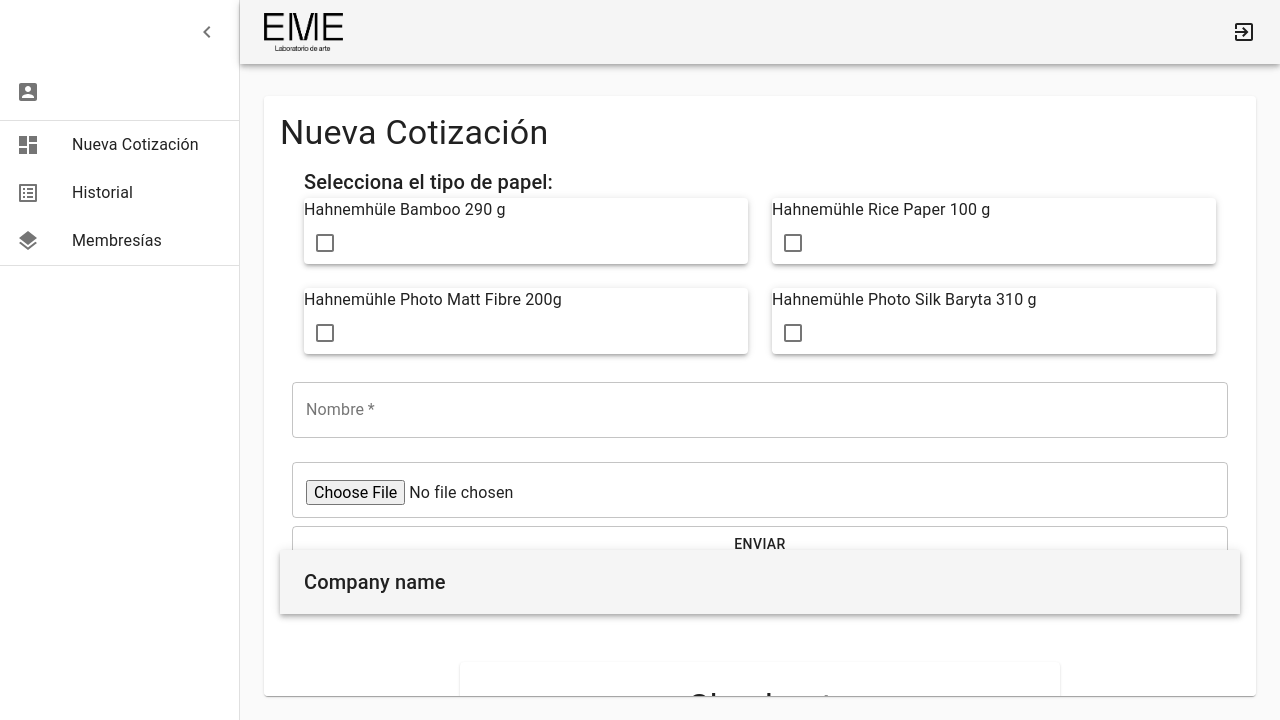
Repository: BrendaCarranco/eme-lab
Page: /Trabajo
These files come from the project's save history. The page is drawn as it stood at one moment and after a run of saves; the edit follows.
The browser window is 1280 px wide. The pictures show the whole page.
An inner scrolling area shows only its first screen. Some web libraries are served in a nearby version. The project was rebuilt for these pictures with package versions that can differ from the ones it lists, and the page was loaded fresh each time. Also part of the build but not shown: src/components/buildingPage/Building.js, src/temaConfig.js, src/components/buildingPage/Landing.js, src/components/login/Reset.js, src/components/Dashboard/Historial.js, src/components/Dashboard/Membresias.js, src/components/Dashboard/SizeForm.js, src/components/Dashboard/Review.js and 6 more.

Above is the page before, as saved 2020-08-30 19:48:46.

After the next 2 saves:
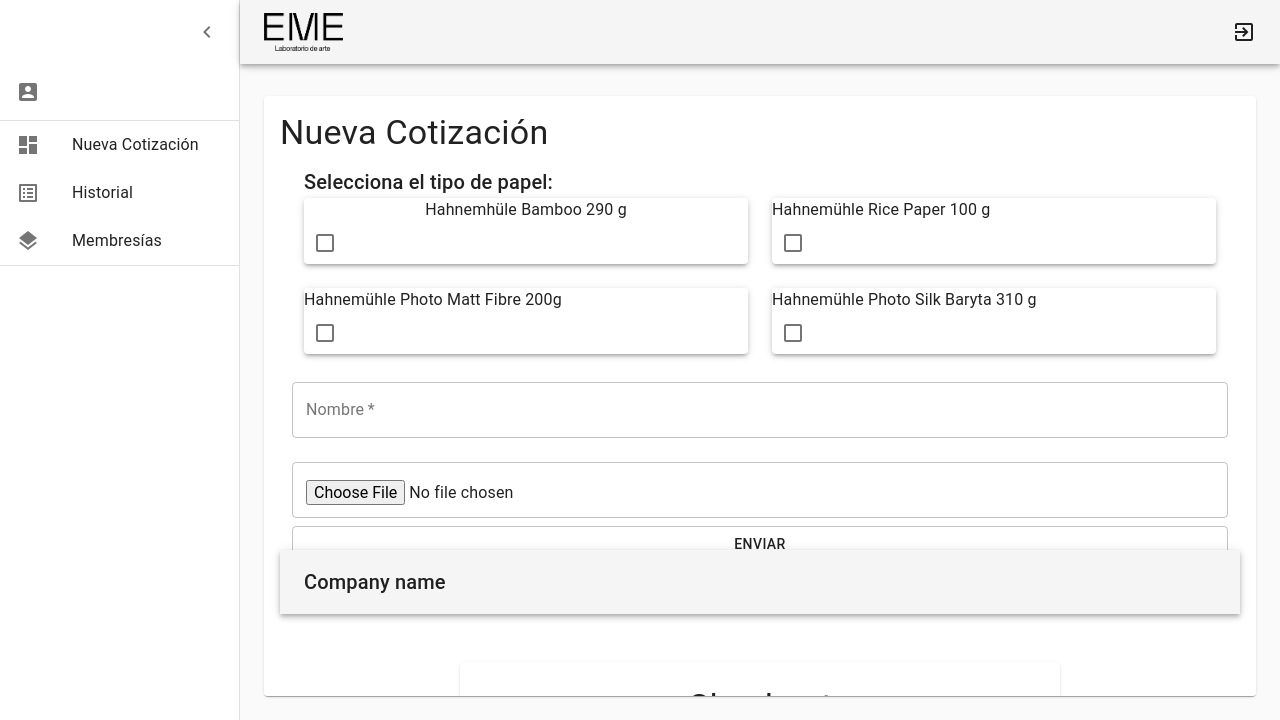
The 2 saves are shown as one change because 1 did not build or start.
The last was saved 84 s later.
--- a/src/components/Dashboard/Cotizacion.js
+++ b/src/components/Dashboard/Cotizacion.js
@@ -103,7 +103,7 @@ const Cotizacion = ({ firebaseUser, setUsersFiles, usersFiles }) => {
         <Grid container spacing={3}>
           <Grid item xs={12} sm={6}>
           <Paper elevation={3}>
-            <Typography className={classes.papel}>
+            <Typography className={classes.papel} align="center">
               Hahnemhüle Bamboo  290 g
             </Typography>
             <Checkbox/>
